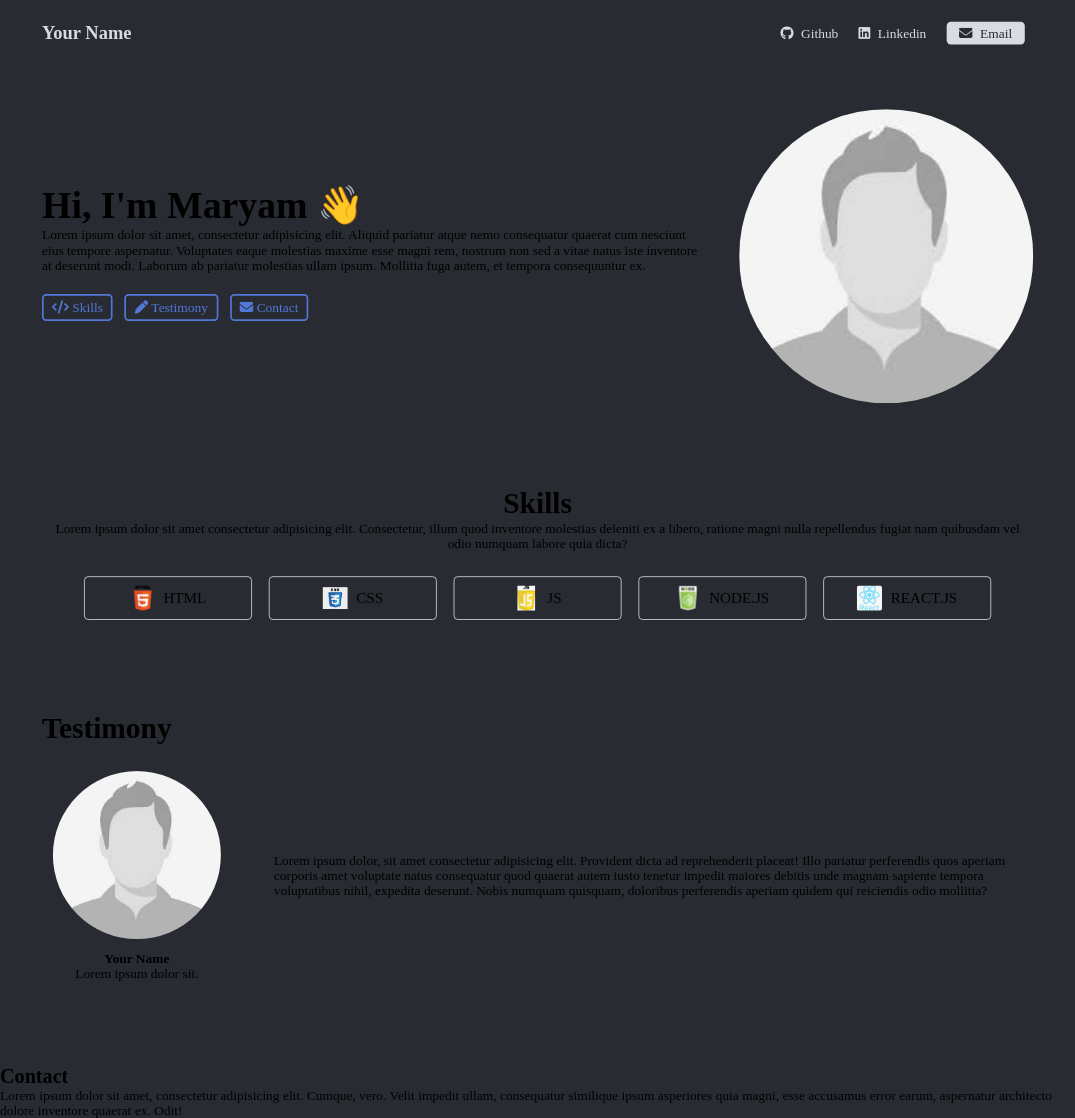
Repository: MaramMaryam/my-portfolio-test
Page: index.html
An editor plug-in stored every save of this project. The page is shown before and after a run of saves, followed by the edit.
The browser window is 1280 px wide. The pictures show the whole page, at 84% of full size.
Some web libraries are served in a nearby version.

Above is the page before, as saved 2024-09-20 19:21:46.

### index.html
<!DOCTYPE html>
<html lang="en">

<head>
    <meta charset="UTF-8">
    <meta name="viewport" content="width=device-width, initial-scale=1.0">

    <link rel="preconnect" href="https://fonts.googleapis.com">
    <link rel="preconnect" href="https://fonts.gstatic.com" crossorigin>
    <link
        href="https://fonts.googleapis.com/css2?family=Poppins:ital,wght@0,100;0,200;0,300;0,400;0,500;0,600;0,700;0,800;0,900;1,100;1,200;1,300;1,400;1,500;1,600;1,700;1,800;1,900&display=swap"
        rel="stylesheet">

    <link rel="stylesheet" href="https://cdnjs.cloudflare.com/ajax/libs/font-awesome/6.6.0/css/all.min.css"
        integrity="sha512-Kc323vGBEqzTmouAECnVceyQqyqdsSiqLQISBL29aUW4U/M7pSPA/gEUZQqv1cwx4OnYxTxve5UMg5GT6L4JJg=="
        crossorigin="anonymous" referrerpolicy="no-referrer" />

    <link rel="stylesheet" href="styles.css">
    <title>My Portfolio</title>
</head>

<body>
    <!--navbar-->
    <nav>
        <div class="left">
            <a href="/"> Your Name </a>
        </div>
        <div class="right">
            <a href="http://github.com" target="_blank" rel="">
                <i class="fa-brands fa-github"></i>
                <span>Github</span>
            </a>

            <a href="http://linkedin.com" target="_blank" rel="">
                <i class="fa-brands fa-linkedin"></i>
                <span>Linkedin</span>
            </a>

            <a href="mailto:example@gmail.com">
                <i class="fa-solid fa-envelope"></i>
                <span>Email</span>
            </a>
        </div>
    </nav>
    <main>
        <!--section1-->
        <section class="hero-section">
            <div class="text">
                <h2>Hi, I'm Maryam 👋</h2>
                <p>Lorem ipsum dolor sit amet, consectetur adipisicing elit.
                    Aliquid pariatur atque nemo consequatur quaerat cum nesciunt eius tempore aspernatur.
                     Voluptates eaque molestias maxime esse magni rem, nostrum non sed a vitae natus iste inventore at deserunt modi.
                    Laborum ab pariatur molestias ullam ipsum.
                    Mollitia fuga autem, et tempora consequuntur ex.</p>

                    <div class="links">
                        <a href="#skills">
                            <i class="fa-solid fa-code"></i>
                            <span>Skills</span>
                        </a>
                        <a href="#testimony">
                            <i class="fa-solid fa-pen"></i>
                            <span>Testimony</span>
                        </a>
                        <a href="#contact">
                            <i class="fa-solid fa-envelope"></i>
                            <span>Contact</span>
                        </a>
                    </div>
            </div>
            <div class="headshot">
                <img src="images/headshot.jfif" alt="">
            </div>
        </section>
        <!--section2: skills-->
        <section id="skills" class="skills-section">
            <h2>Skills</h2>
            <div class="text">
                Lorem ipsum dolor sit amet consectetur adipisicing elit. Consectetur,
                illum quod inventore molestias deleniti ex a libero,
                ratione magni nulla repellendus fugiat nam quibusdam vel odio numquam labore quia dicta?
            </div>

            <div class="cells">
                <div class="cell">
                    <img src="images/HTML5.webp" alt="HTML5 logo">
                    <span>HTML</span>
                </div>

                <div class="cell">
                    <img src="images/css.webp" alt="css logo">
                    <span>CSS</span>
                </div>

                <div class="cell">
                    <img src="images/js.webp" alt="js logo">
                    <span>JS</span>
                </div>

                <div class="cell">
                    <img src="images/node.webp" alt="node logo">
                    <span>NODE.JS</span>
                </div>

                <div class="cell">
                    <img src="images/react.webp" alt="react logo">
                    <span>REACT.JS</span>
                </div>
            </div>
        </section>
        <!--section3: testimony-->
        <section id="testimony" class="testimony-section">
            <h2>Testimony</h2>
            <div class="group">
                <div class="person-details">
                    <img src="images/headshot.jfif" alt="">
                    <p>Your Name</p>
                    <p>Lorem ipsum dolor sit.</p>
                </div>
                <div class="text">
                    Lorem ipsum dolor, sit amet consectetur adipisicing elit. Provident dicta ad
                    reprehenderit placeat! Illo pariatur perferendis quos aperiam corporis amet voluptate
                    natus consequatur quod quaerat autem iusto tenetur impedit maiores debitis unde magnam
                    sapiente tempora voluptatibus nihil, expedita deserunt.
                    Nobis numquam quisquam, doloribus perferendis aperiam quidem qui reiciendis odio mollitia?
                </div>
            </div>
        </section>
        <!--section4: contact-->
        <section id="contact" class="contact-section">
            <h2>Contact</h2>
            <div class="group">
                <div class="text">
                    Lorem ipsum dolor sit amet, consectetur adipisicing elit. Cumque, vero. Velit impedit ullam, consequatur similique ipsum asperiores quia magni, esse accusamus error earum, aspernatur architecto dolore inventore quaerat ex. Odit!
                </div>
            </div>
        </section>
    </main>
</body>

</html>

### styles.css
:root {
  --text-color: #d8dce2;
  --link-color: #5377d8;
  --background-color: #282b31;
}
* {
  margin: 0;
  padding: 0;
  box-sizing: border-box;
}
html {
  scroll-behavior: smooth;
}
body {
  font-family: "Poppins" sans-serif;
  background-color: var(--background-color);
}
a {
  color: var(--link-color);
  text-decoration: none;
}

/* NAVBAR */
nav {
  display: flex;
  justify-content: space-between;
  padding: 0 50px;
  height: 80px;
  align-items: center;
}
nav .left a {
  color: var(--text-color);
  font-size: 22px;
  font-weight: 600;
}
nav .right a {
  color: var(--text-color);
  margin: 0 10px;
}
nav .right a:last-child {
  color: var(--background-color);
  background-color: var(--text-color);
  padding: 5px 15px;
  border-radius: 5px;
}
nav .right a span {
  margin-left: 5px;
}
/* SECTION 1: HERO */
.hero-section {
  display: flex;
  justify-content: space-between;
  align-items: center;
  padding: 0 50px;
  margin: 50px 0;
  gap: 40px;
  margin-bottom: 100px;
}
.hero-section .text {
  flex: 5;
}
.hero-section .text h2 {
  font-size: 45px;
}
.hero-section .text .links {
  margin-top: 25px;
}
.hero-section .text .links a {
  display: inline-block;
  padding: 5px 10px;
  border: 2px solid var(--link-color);
  border-radius: 5px;
  margin-right: 10px;
  margin-bottom: 10px;
  transition: 0.1s;
}
.hero-section .text .links a:hover {
  color: var(--text-color);
  border: 2px solid var(--text-color);
}
.hero-section .headshot {
  flex: 2;
  display: flex;
  justify-content: right;
}
.hero-section .headshot img {
  border-radius: 50%;
  width: 350px;
}

/* SECTION 2:Skills */
.skills-section {
  padding: 0 50px;
  margin-bottom: 100px;
}

.skills-section h2 {
  text-align: center;
  font-size: 35px;
}
.skills-section .text {
  text-align: center;
  margin-bottom: 20px;
}
.skills-section .cells {
  display: flex;
  justify-content: center;
  flex-wrap: wrap;
}
.skills-section .cells .cell {
  display: flex;
  justify-content: center;
  align-items: center;
  gap: 10px;
  width: 200px;
  padding: 10px 20px;
  margin: 10px;
  border: 1.5px solid #d3d3d3;
  border-radius: 5px;
}
.skills-section .cells .cell img {
  width: 30px;
  height: 30px;
  object-fit: contain;
  border-radius: 3px;
}
.skills-section .cells .cell span {
  font-size: 18px;
}

/* SECTION 3: Testimony  */
.testimony-section {
  padding: 0 50px;
  margin-bottom: 100px;
}
.testimony-section h2 {
  font-size: 35px;
  margin-bottom: 30px;
}
.testimony-section .group {
    display: flex;
    align-items: center;
    gap: 50px;
}
.testimony-section .group .person-details {
    text-align: center;
    flex: 2;
}
.testimony-section .group .person-details img {
    width: 200px;
    aspect-ratio: 1/1;
    object-fit: cover;
    border-radius: 50%;
    margin-bottom: 10px;
}
.testimony-section .group .person-details p {
    font-weight: 600;
}
.testimony-section .group .person-details p:last-child {
    font-weight: normal;
}

.testimony-section .group  .text {
    flex: 8;
}

@media (max-width: 850px) {
  /* SECTION1 : HERO*/
  .hero-section .text h2 {
    font-size: 35px;
  }
}

@media (max-width: 740px) {
  /* SECTION1 : HERO*/
  .hero-section {
    flex-direction: column-reverse;
  }
  .hero-section .headshot img {
    width: 300px;
  }
  /* SECTION 3: Testimony */
  .testimony-section {
    text-align: center;
  }
  .testimony-section .group {
    flex-direction: column;
  }
}

@media (max-width: 600px) {
  /* NAVBAR */
  nav {
    padding: 0 20px;
  }
  nav .right a {
    font-style: 22px;
  }
  nav .right a:last-child {
    color: var(--text-color);
    background-color: transparent;
    padding: 0;
  }
  nav .right a span {
    display: none;
  }

  /* SECTION1:HERO */
  .hero-section {
    padding: 0 20px;
  }
  .hero-section .text h2 {
    font-size: 30px;
  }
  /* SECTION2: Skills */

  .skills-section {
    padding: 0 20px;
  }
  .skills-section .cells .cell span {
    font-size: 16px;
  }
}

After the next 7 saves:
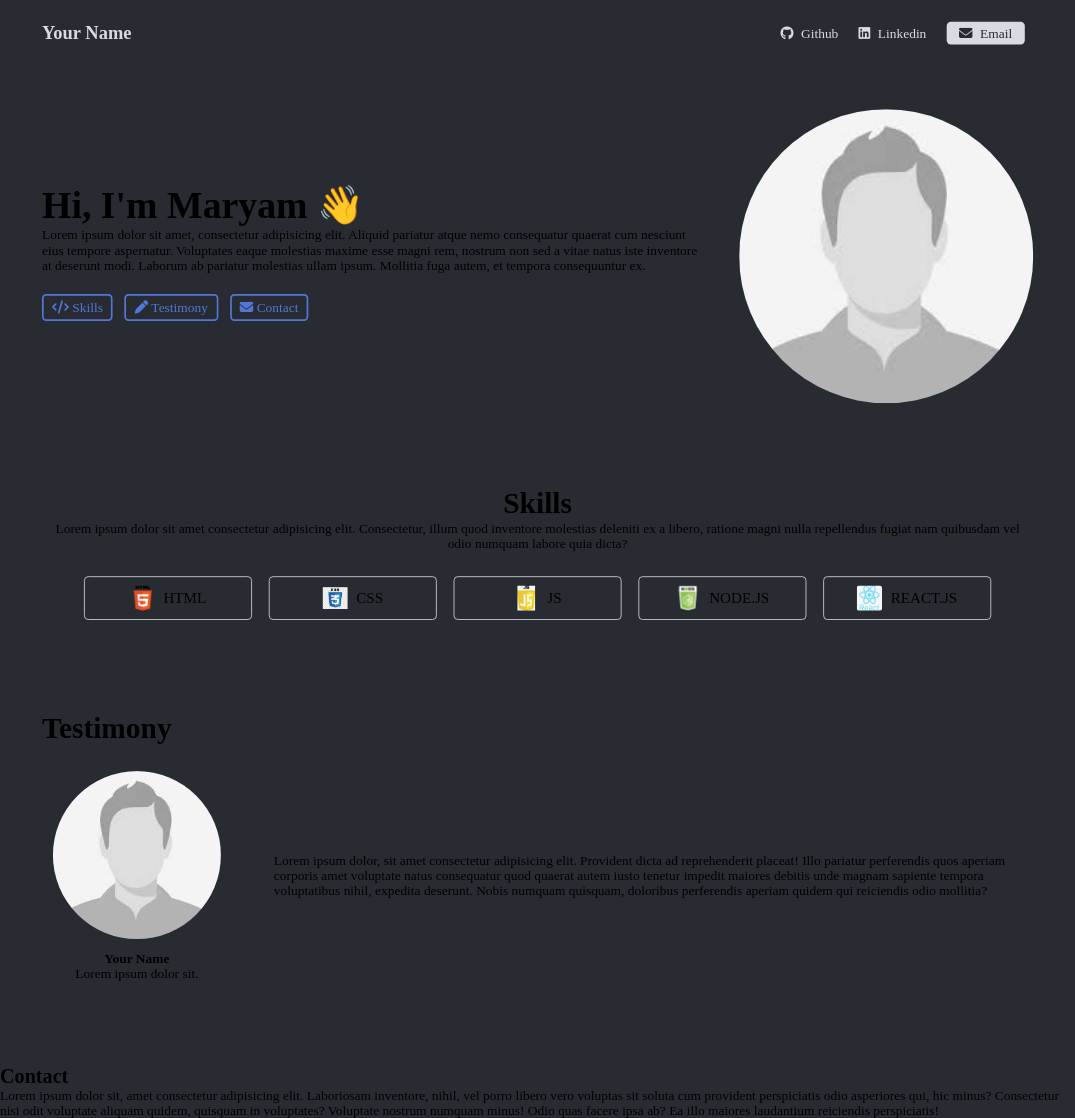
The 7 saves are shown as one change because they came seconds apart.
The last was saved 21 s later.
--- a/index.html
+++ b/index.html
@@ -131,7 +131,11 @@
             <h2>Contact</h2>
             <div class="group">
                 <div class="text">
-                    Lorem ipsum dolor sit amet, consectetur adipisicing elit. Cumque, vero. Velit impedit ullam, consequatur similique ipsum asperiores quia magni, esse accusamus error earum, aspernatur architecto dolore inventore quaerat ex. Odit!
+                    Lorem ipsum dolor sit, amet consectetur adipisicing elit.
+                    Laboriosam inventore, nihil, vel porro libero vero voluptas sit soluta cum provident
+                    perspiciatis odio asperiores qui, hic minus? Consectetur nisi odit voluptate aliquam quidem,
+                     quisquam in voluptates? Voluptate nostrum numquam minus! Odio
+                    quas facere ipsa ab? Ea illo maiores laudantium reiciendis perspiciatis!
                 </div>
             </div>
         </section>
